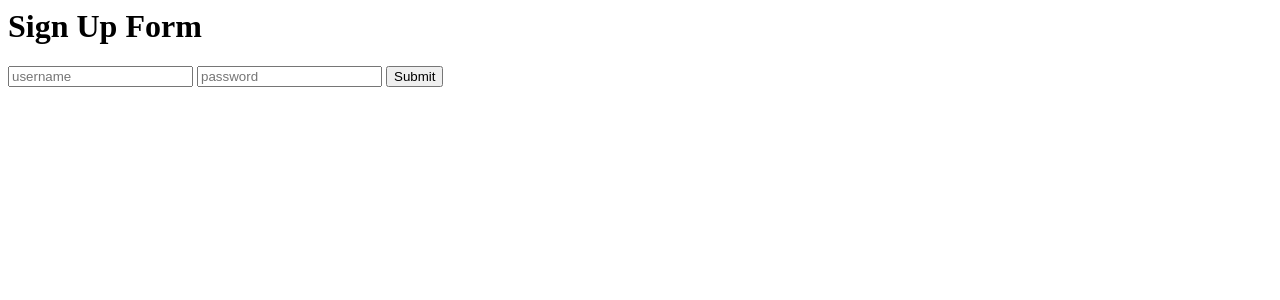
Repository: DereckLuo/Full-Stack-Practice
Page: http://localhost/register
The author's editor kept a record of every edit. The page is drawn from the files as they stood at one moment, then again after the next edit.
The browser window is 1280 px wide. The pictures show the whole page.
The page is served by the project's Node server (authentication/app.js).

Above is the page before.

After the next edit:
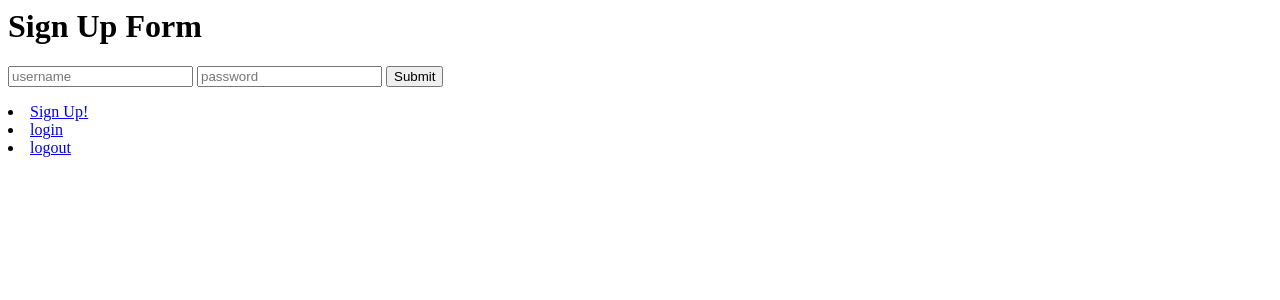
The edit:
--- a/aws c9/authentication/views/register.ejs
+++ b/aws c9/authentication/views/register.ejs
@@ -5,3 +5,7 @@
     <input type="password" name="password" placeholder="password">
     <input type="submit">
 </form>
+
+<li><a href="/register">Sign Up!</a></li>
+<li><a href="/login">login</a></li>
+<li><a href="/logout">logout</a></li>
